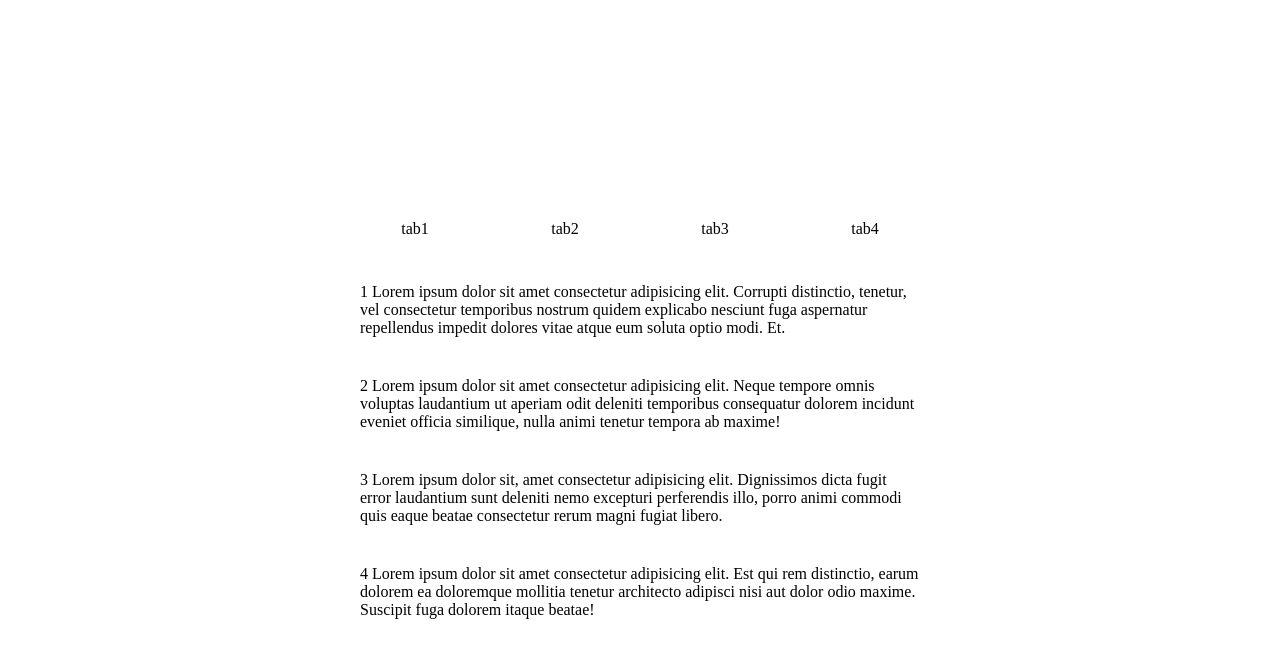
Repository: PCTai/javascript-coban
Page: tab UI/index.html
These files come from the project's save history. The page is drawn as it stood at one moment and after the next save; the edit follows.
The browser window is 1280 px wide. The pictures show the whole page.

Above is the page before, as saved 2022-02-09 16:58:06.

### tab UI/index.html
<!DOCTYPE html>
<html lang="en">
<head>
    <meta charset="UTF-8">
    <meta http-equiv="X-UA-Compatible" content="IE=edge">
    <meta name="viewport" content="width=device-width, initial-scale=1.0">
    <title>Document</title>
    <link rel="stylesheet" href="./style.css">
</head>
<body>
    <div class="container">
        <div class="tab">
            <div class="tab-item">tab1</div>
            <div class="tab-item">tab2</div>
            <div class="tab-item">tab3</div>
            <div class="tab-item">tab4</div>

        </div>
        <div class="tab-line"></div>
        <div class="box">
            <div class="box-item">1 Lorem ipsum dolor sit amet consectetur adipisicing elit. Corrupti distinctio, tenetur, vel consectetur temporibus nostrum quidem explicabo nesciunt fuga aspernatur repellendus impedit dolores vitae atque eum soluta optio modi. Et.</div>
            <div class="box-item">2 Lorem ipsum dolor sit amet consectetur adipisicing elit. Neque tempore omnis voluptas laudantium ut aperiam odit deleniti temporibus consequatur dolorem incidunt eveniet officia similique, nulla animi tenetur tempora ab maxime!</div>
            <div class="box-item">3 Lorem ipsum dolor sit, amet consectetur adipisicing elit. Dignissimos dicta fugit error laudantium sunt deleniti nemo excepturi perferendis illo, porro animi commodi quis eaque beatae consectetur rerum magni fugiat libero.</div>
            <div class="box-item">4 Lorem ipsum dolor sit amet consectetur adipisicing elit. Est qui rem distinctio, earum dolorem ea doloremque mollitia tenetur architecto adipisci nisi aut dolor odio maxime. Suscipit fuga dolorem itaque beatae!</div>
        </div>

    </div>


    <script src="./app.js"></script>
</body>
</html>

### tab UI/style.css
*{
    margin: 0;
    border: 0;
    padding: 0;
}
.container{
    width: 600px;
    margin: auto;
    background-color:#fff;
    margin-top: 200px;

}
.tab{
    display: flex;
}
.tab-item{
    flex: 1;
    text-align: center;
    padding: 20px 0;

}
.tab-line{
    width: 100px;
    height: 5px;
    left: 0;
    color: #000;
}

.box{

}

.box-item{
    padding: 20px 20px;
}

Loaded but not shown: tab UI/app.js (no stored copy; drawn as an empty file)

After the next save:
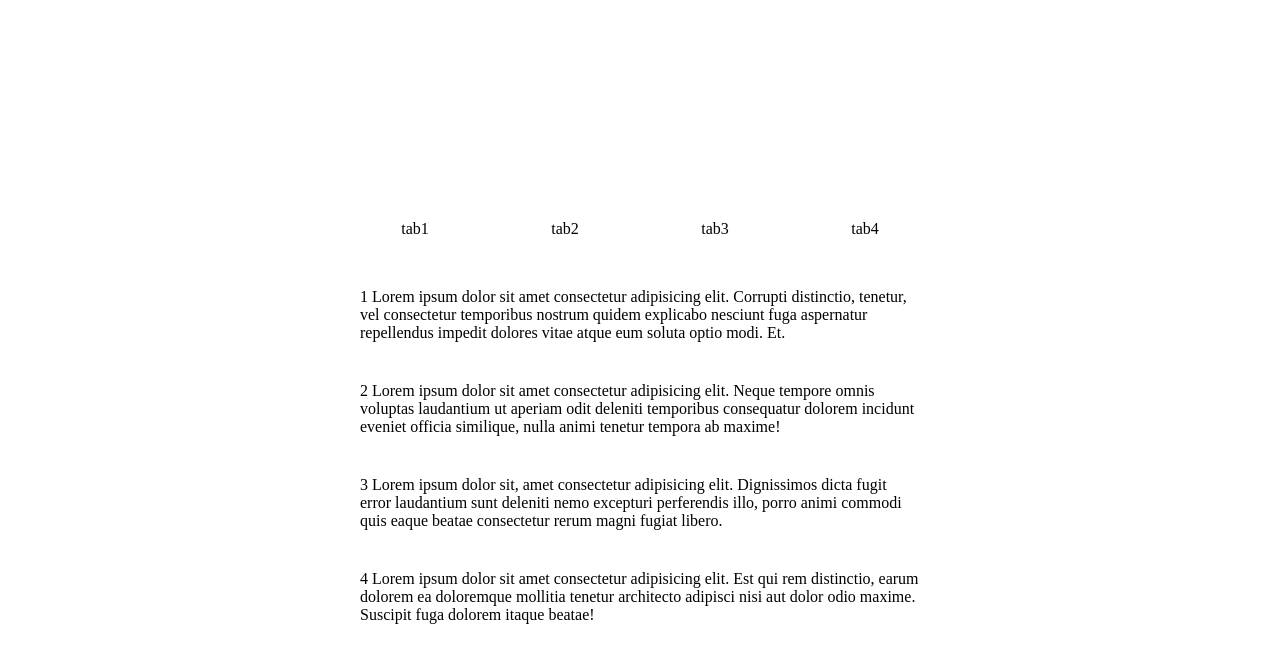
Saved 22 s later.
--- a/tab UI/style.css
+++ b/tab UI/style.css
@@ -21,7 +21,7 @@
 }
 .tab-line{
     width: 100px;
-    height: 5px;
+    height: 10px;
     left: 0;
     color: #000;
 }
